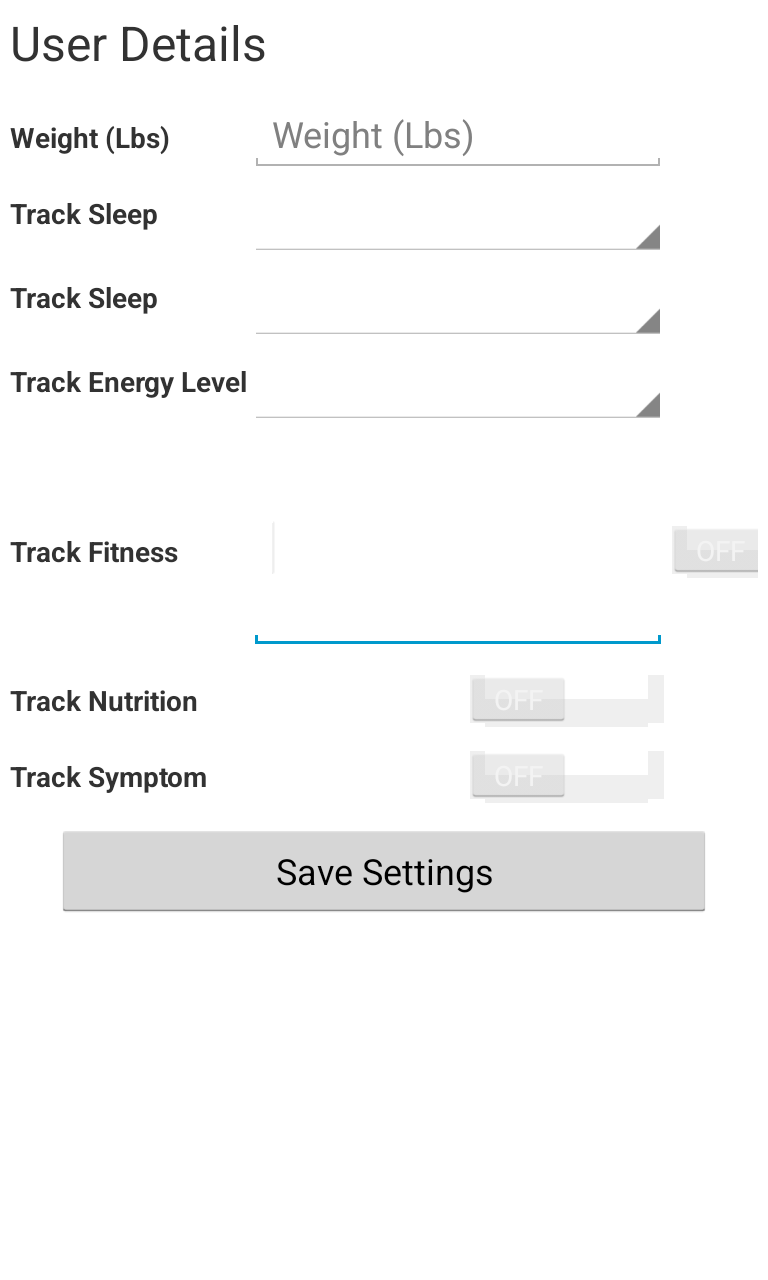
Repository: dillonyoung/CPD4493
Layout: TraCare/res/layout/addentry.xml
The author's editor kept a copy of each file at every save. The layout is drawn from the files as they stood at one save, then again after a run of saves.
It is drawn on a 768 x 1280 px phone screen (xhdpi) without system bars, with theme AppTheme; the app's code is not run.

Above is the layout before, as saved 2013-04-05 23:31:50.

### TraCare/res/layout/addentry.xml
<?xml version="1.0" encoding="utf-8"?>
<ScrollView xmlns:android="http://schemas.android.com/apk/res/android"
    android:layout_width="fill_parent"
    android:layout_height="fill_parent" >

    <TableLayout
        android:id="@+id/TableLayout1"
        android:layout_width="match_parent"
        android:layout_height="wrap_content" >

        <TableRow
            android:id="@+id/tableRow1"
            android:layout_width="wrap_content"
            android:layout_height="wrap_content"
            android:padding="5dip" >

            <TextView
                android:id="@+id/textView1"
                android:layout_width="wrap_content"
                android:layout_height="wrap_content"
                android:layout_span="2"
                android:text="@string/user_details"
                android:textSize="24sp" />
        </TableRow>


        <TableRow
            android:id="@+id/tableRow4"
            android:layout_width="wrap_content"
            android:layout_height="wrap_content"
            android:padding="5dip" >

            <TextView
                android:id="@+id/textView3"
                android:layout_width="wrap_content"
                android:layout_height="wrap_content"
                android:text="@string/weight"
                android:textStyle="bold" />

            <EditText
                android:id="@+id/txtUserWeight"
                android:layout_width="wrap_content"
                android:layout_height="wrap_content"
                android:ems="6"
                android:hint="@string/weight"
                android:inputType="numberDecimal" />
        </TableRow>



        <TableRow
            android:id="@+id/tableRow7"
            android:layout_width="wrap_content"
            android:layout_height="wrap_content"
            android:padding="5dip" >

            <TextView
                android:id="@+id/textView6"
                android:layout_width="wrap_content"
                android:layout_height="wrap_content"
                android:text="@string/track_sleep"
                android:textStyle="bold" />

            <Spinner
                android:id="@+id/spinHours"
                android:layout_width="wrap_content"
                android:layout_height="wrap_content" />

        </TableRow>

                <TableRow
            android:id="@+id/tableRow7"
            android:layout_width="wrap_content"
            android:layout_height="wrap_content"
            android:padding="5dip" >

            <TextView
                android:id="@+id/textView6"
                android:layout_width="wrap_content"
                android:layout_height="wrap_content"
                android:text="@string/track_sleep"
                android:textStyle="bold" />

            <Spinner
                android:id="@+id/spinQualityofSleep"
                android:layout_width="wrap_content"
                android:layout_height="wrap_content" />

        </TableRow>

        <TableRow
            android:id="@+id/tableRow8"
            android:layout_width="wrap_content"
            android:layout_height="wrap_content"
            android:padding="5dip" >

            <TextView
                android:id="@+id/textView7"
                android:layout_width="wrap_content"
                android:layout_height="wrap_content"
                android:text="@string/track_energy_level"
                android:textStyle="bold" />

            <Spinner
                android:id="@+id/spinEnergyLevel"
                android:layout_width="wrap_content"
                android:layout_height="wrap_content" />

        </TableRow>

        <TableRow
            android:id="@+id/tableRow9"
            android:layout_width="wrap_content"
            android:layout_height="wrap_content"
            android:padding="5dip" >

            <TextView
                android:id="@+id/textView8"
                android:layout_width="wrap_content"
                android:layout_height="wrap_content"
                android:text="@string/track_fitness"
                android:textStyle="bold" />

            <EditText
                android:id="@+id/editText1"
                android:layout_width="wrap_content"
                android:layout_height="wrap_content"
                android:ems="10"
                android:inputType="textMultiLine"
                android:lines="4" >

                <requestFocus />
            </EditText>

            <Switch
                android:id="@+id/switchFitness"
                android:layout_width="wrap_content"
                android:layout_height="wrap_content"
                android:text="" />
        </TableRow>

        <TableRow
            android:id="@+id/tableRow10"
            android:layout_width="wrap_content"
            android:layout_height="wrap_content"
            android:padding="5dip" >

            <TextView
                android:id="@+id/textView9"
                android:layout_width="wrap_content"
                android:layout_height="wrap_content"
                android:text="@string/track_nutrition"
                android:textStyle="bold" />

            <Switch
                android:id="@+id/switchNutrition"
                android:layout_width="wrap_content"
                android:layout_height="wrap_content"
                android:text="" />
        </TableRow>

                <TableRow
            android:id="@+id/tableRow11"
            android:layout_width="wrap_content"
            android:layout_height="wrap_content"
            android:padding="5dip" >

            <TextView
                android:id="@+id/textView10"
                android:layout_width="wrap_content"
                android:layout_height="wrap_content"
                android:text="@string/track_symptom"
                android:textStyle="bold" />

            <Switch
                android:id="@+id/switchSymptom"
                android:layout_width="wrap_content"
                android:layout_height="wrap_content"
                android:text="" />
        </TableRow>

        <TableRow
            android:id="@+id/tableRow12"
            android:layout_width="wrap_content"
            android:layout_height="wrap_content"
            android:gravity="center_horizontal"
            android:padding="5dip" >

            <Button
                android:id="@+id/btnSave"
                android:layout_width="wrap_content"
                android:layout_height="wrap_content"
                android:layout_span="2"
                android:text="@string/savesettings" />
        </TableRow>
    </TableLayout>

</ScrollView>

### TraCare/res/values/strings.xml
<?xml version="1.0" encoding="utf-8"?>
<resources>

    <string name="app_name">TraCare</string>
    <string name="action_settings">Settings</string>
    <string name="title_section1">Section 1</string>
    <string name="title_section2">Section 2</string>
    <string name="title_section3">Section 3</string>
    <string name="user_details">User Details</string>
    <string name="gender">Gender</string>
    <string name="male">Male</string>
    <string name="female">Female</string>
    <string name="weight">Weight (Lbs)</string>
    <string name="preferences">Preferences</string>
    <string name="track_weight">Track Weight</string>
    <string name="track_sleep">Track Sleep</string>
    <string name="track_energy_level">Track Energy Level</string>
    <string name="track_quality_of_sleep">Track Quality of Sleep</string>
    <string name="track_fitness">Track Fitness</string>
    <string name="track_nutrition">Track Nutrition</string>
    <string name="savesettings">Save Settings</string>
    <string name="yourname">Your name</string>
    <string name="track_symptom">Track Symptom</string>
    <string name="image"></string>
    <string name="menu_add_entry">Add Entry</string>
    <string name="menu_delete_entry">Delete Entry</string>

    <string-array name="hours_of_sleep">
        <item>0.0 Hours of Sleep</item>
        <item>0.5 Hours of Sleep</item>
        <item>1.0 Hours of Sleep</item>
        <item>1.5 Hours of Sleep</item>
        <item>2.0 Hours of Sleep</item>
        <item>2.5 Hours of Sleep</item>
        <item>3.0 Hours of Sleep</item>
        <item>3.5 Hours of Sleep</item>
        <item>4.0 Hours of Sleep</item>
        <item>4.5 Hours of Sleep</item>
        <item>5.0 Hours of Sleep</item>
        <item>5.5 Hours of Sleep</item>
        <item>6.0 Hours of Sleep</item>
        <item>6.5 Hours of Sleep</item>
        <item>7.0 Hours of Sleep</item>
        <item>7.5 Hours of Sleep</item>
        <item>8.0 Hours of Sleep</item>
        <item>8.5 Hours of Sleep</item>
        <item>9.0 Hours of Sleep</item>
        <item>9.5 Hours of Sleep</item>
        <item>10.0 Hours of Sleep</item>
        <item>10.5 Hours of Sleep</item>
        <item>11.0 Hours of Sleep</item>
        <item>11.5 Hours of Sleep</item>
        <item>12.0 Hours of Sleep</item>
        <item>12.5 Hours of Sleep</item>
        <item>13.0 Hours of Sleep</item>
        <item>13.5 Hours of Sleep</item>
        <item>14.0 Hours of Sleep</item>
        <item>14.5 Hours of Sleep</item>
        <item>15.0 Hours of Sleep</item>
        <item>15.5 Hours of Sleep</item>
        <item>16.0 Hours of Sleep</item>
        <item>16.5 Hours of Sleep</item>
        <item>17.0 Hours of Sleep</item>
        <item>17.5 Hours of Sleep</item>
        <item>18.0 Hours of Sleep</item>
        <item>18.5 Hours of Sleep</item>
        <item>19.0 Hours of Sleep</item>
        <item>19.5 Hours of Sleep</item>
        <item>20.0 Hours of Sleep</item>
        <item>20.5 Hours of Sleep</item>
        <item>21.0 Hours of Sleep</item>
        <item>21.5 Hours of Sleep</item>
        <item>22.0 Hours of Sleep</item>
        <item>22.5 Hours of Sleep</item>
        <item>23.0 Hours of Sleep</item>
        <item>23.5 Hours of Sleep</item>
    </string-array>
    <string-array name="energy_level">
        <item>Not Specified</item>
        <item>Terrible Energy Level</item>
        <item>Poor Energy Level</item>
        <item>Average Energy Level</item>
        <item>Good Energy Level</item>
        <item>Excellent Energy Level</item>
    </string-array>
    <string-array name="quality_of_sleep">
        <item>Not Specified</item>
        <item>Terrible Quality of Sleep</item>
        <item>Poor Quality of Sleep</item>
        <item>Average Quality of Sleep</item>
        <item>Good Quality of Sleep</item>
        <item>Excellent Quality of Sleep</item>
    </string-array>
    <string-array name="symptom_type">
        <item>Not Specified</item>
        <item>Other</item>
        <item>Abdominal Pain</item>
        <item>Chest Pain</item>
        <item>Constipation</item>
        <item>Cought</item>
        <item>Diarrea</item>
        <item>Dizziness</item>
        <item>Eye Discomfort</item>
        <item>Foot Pain</item>
        <item>Hip Pain</item>
        <item>Knee Pain</item>
        <item>Low Back Pain</item>
        <item>Nasal Congestion</item>
        <item>Nausea</item>
        <item>Neck Pain</item>
        <item>Numbness</item>
        <item>Shortness of Breath</item>
        <item>Shoulder Pain</item>
        <item>Sore Throat</item>
        <item>Vision Problems</item>
        <item>Wheezing</item>
    </string-array>

</resources>

Loaded but not shown: TraCare/res/values/styles.xml (common file); TraCare/res/values-v11/styles.xml (common file); TraCare/res/values-v14/styles.xml (common file)

After the next 2 saves:
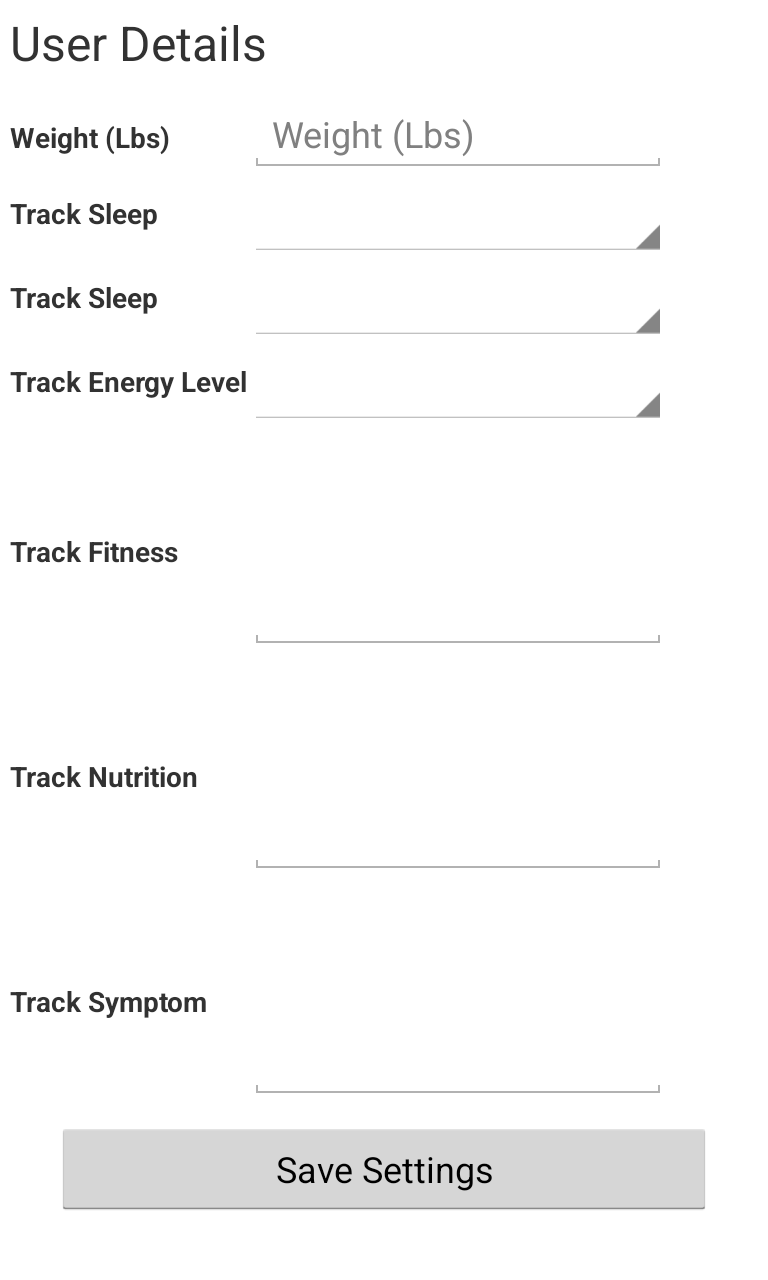
The 2 saves are shown as one change because 1 did not build or start.
The last was saved 76 s later.
--- a/TraCare/res/layout/addentry.xml
+++ b/TraCare/res/layout/addentry.xml
@@ -23,7 +23,6 @@
                 android:textSize="24sp" />
         </TableRow>
 
-
         <TableRow
             android:id="@+id/tableRow4"
             android:layout_width="wrap_content"
@@ -46,8 +45,6 @@
                 android:inputType="numberDecimal" />
         </TableRow>
 
-
-
         <TableRow
             android:id="@+id/tableRow7"
             android:layout_width="wrap_content"
@@ -65,10 +62,9 @@
                 android:id="@+id/spinHours"
                 android:layout_width="wrap_content"
                 android:layout_height="wrap_content" />
-
         </TableRow>
 
-                <TableRow
+        <TableRow
             android:id="@+id/tableRow7"
             android:layout_width="wrap_content"
             android:layout_height="wrap_content"
@@ -85,7 +81,6 @@
                 android:id="@+id/spinQualityofSleep"
                 android:layout_width="wrap_content"
                 android:layout_height="wrap_content" />
-
         </TableRow>
 
         <TableRow
@@ -105,7 +100,6 @@
                 android:id="@+id/spinEnergyLevel"
                 android:layout_width="wrap_content"
                 android:layout_height="wrap_content" />
-
         </TableRow>
 
         <TableRow
@@ -122,21 +116,13 @@
                 android:textStyle="bold" />
 
             <EditText
-                android:id="@+id/editText1"
+                android:id="@+id/txtFitness"
                 android:layout_width="wrap_content"
                 android:layout_height="wrap_content"
                 android:ems="10"
                 android:inputType="textMultiLine"
                 android:lines="4" >
-
-                <requestFocus />
             </EditText>
-
-            <Switch
-                android:id="@+id/switchFitness"
-                android:layout_width="wrap_content"
-                android:layout_height="wrap_content"
-                android:text="" />
         </TableRow>
 
         <TableRow
@@ -152,14 +138,17 @@
                 android:text="@string/track_nutrition"
                 android:textStyle="bold" />
 
-            <Switch
-                android:id="@+id/switchNutrition"
+            <EditText
+                android:id="@+id/txtNutrition"
                 android:layout_width="wrap_content"
                 android:layout_height="wrap_content"
-                android:text="" />
+                android:ems="10"
+                android:inputType="textMultiLine"
+                android:lines="4" >
+            </EditText>
         </TableRow>
 
-                <TableRow
+        <TableRow
             android:id="@+id/tableRow11"
             android:layout_width="wrap_content"
             android:layout_height="wrap_content"
@@ -172,11 +161,14 @@
                 android:text="@string/track_symptom"
                 android:textStyle="bold" />
 
-            <Switch
-                android:id="@+id/switchSymptom"
+            <EditText
+                android:id="@+id/txtSymptomDescription"
                 android:layout_width="wrap_content"
                 android:layout_height="wrap_content"
-                android:text="" />
+                android:ems="10"
+                android:inputType="textMultiLine"
+                android:lines="4" >
+            </EditText>
         </TableRow>
 
         <TableRow
